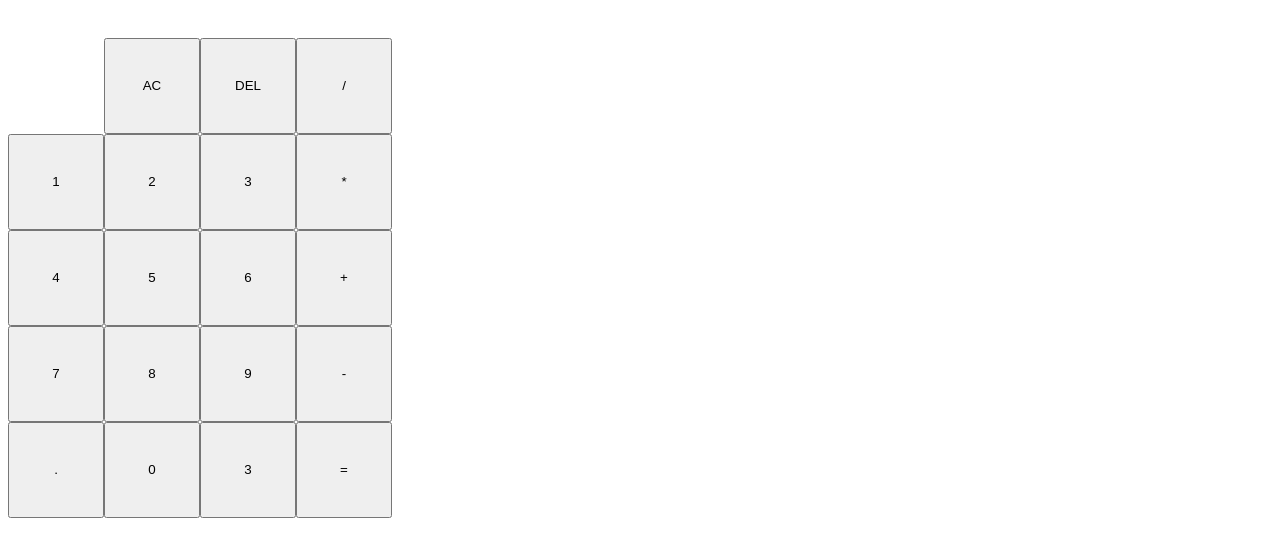
Repository: khadergw/calculator
Page: / (app in calculator/)
An editor plug-in stored every save of this project. The page is shown before and after the next save, followed by the edit.
The browser window is 1280 px wide. The pictures show the whole page.
The project was rebuilt for these pictures with package versions that can differ from the ones it lists, and the page was loaded fresh each time. Also part of the build but not shown: calculator/src/App.css.

Above is the page before, as saved 2022-09-10 23:18:38.

### calculator/src/App.js
import './App.css';
import './styles.css';

function App() {
  return (
    <div className="CalGrid">
      <div className='output'>
        <div className='prevOper'></div>
        <div className='currOper'></div>
      </div>
      <button className='wider'>AC</button>
      <button>DEL</button>
      <button>/</button>
      <button>1</button>
      <button>2</button>
      <button>3</button>
      <button>*</button>
      <button>4</button>
      <button>5</button>
      <button>6</button>
      <button>+</button>
      <button>7</button>
      <button>8</button>
      <button>9</button>
      <button>-</button>
      <button>.</button>
      <button>0</button>
      <button>3</button>
      <button className='wider'>=</button>


    </div>
  );
}

export default App;

### calculator/src/styles.css
.CalGrid {
  display: grid;
  margin-top: 3%;
  grid-template-columns: repeat(4, 6rem);
  grid-template-rows:  repeat(5, 6rem);

}

Loaded but not shown: calculator/public/index.html (common file); calculator/src/index.js (common file)

After the next save:
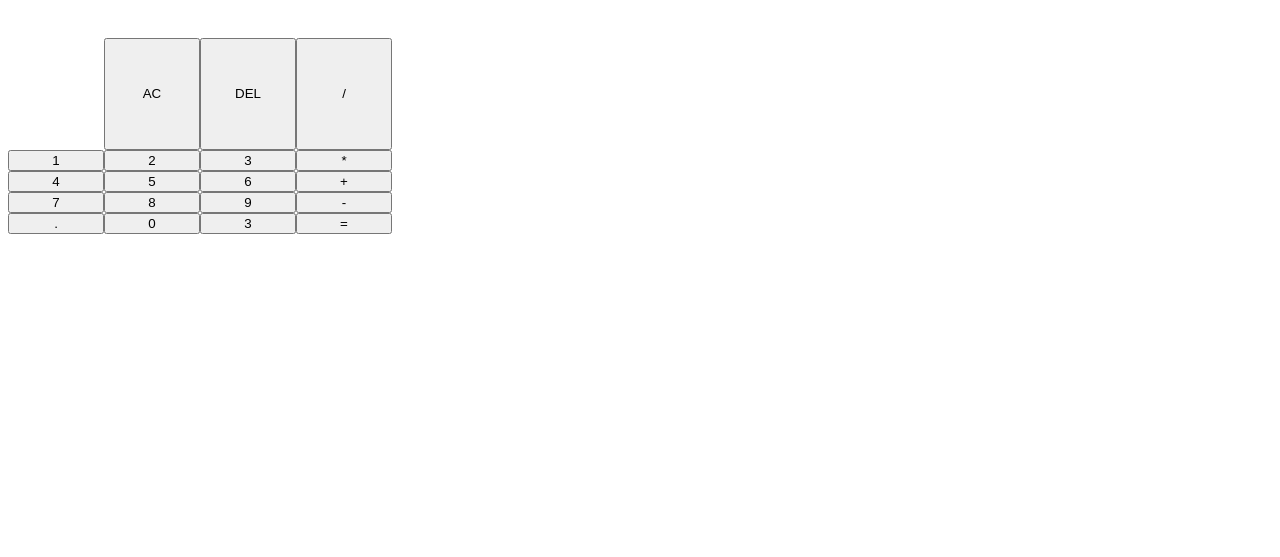
Saved 15 s later.
--- a/calculator/src/styles.css
+++ b/calculator/src/styles.css
@@ -2,6 +2,6 @@
   display: grid;
   margin-top: 3%;
   grid-template-columns: repeat(4, 6rem);
-  grid-template-rows:  repeat(5, 6rem);
+  grid-template-rows: minmax(7rem, auto) ;
 
 }
